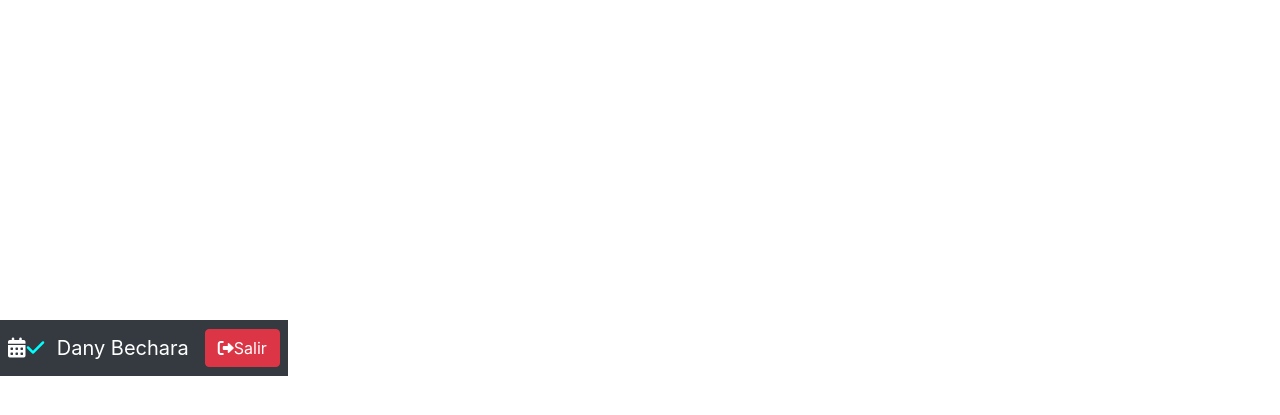
Repository: bechara611/calendar-frontend
Page: /
These files come from the project's save history. The page is drawn as it stood at one moment and after the next save; the edit follows.
The browser window is 1280 px wide. The pictures show the whole page.
The project was rebuilt for these pictures with package versions that can differ from the ones it lists, and the page was loaded fresh each time. Also part of the build but not shown: vite.config.js. Imported but missing from the stored project, and not drawn on this page: src/auth.

Above is the page before, as saved 2023-01-04 14:21:04.

### index.html
<!DOCTYPE html>
<html lang="en">
  <head>
    <meta charset="UTF-8" />
    <link rel="icon" type="image/svg+xml" href="/vite.svg" />
    <meta name="viewport" content="width=device-width, initial-scale=1.0" />
    <title>CalendarDB</title>
    <link rel="stylesheet" href="https://cdn.jsdelivr.net/npm/bootstrap@4.5.3/dist/css/bootstrap.min.css" integrity="sha384-TX8t27EcRE3e/ihU7zmQxVncDAy5uIKz4rEkgIXeMed4M0jlfIDPvg6uqKI2xXr2" crossorigin="anonymous">
    <link rel="stylesheet" href="https://cdnjs.cloudflare.com/ajax/libs/font-awesome/6.2.1/css/all.min.css" integrity="sha512-MV7K8+y+gLIBoVD59lQIYicR65iaqukzvf/nwasF0nqhPay5w/9lJmVM2hMDcnK1OnMGCdVK+iQrJ7lzPJQd1w==" crossorigin="anonymous" referrerpolicy="no-referrer" />
  </head>
  <body>
    <div id="root"></div>
    <script type="module" src="/src/main.jsx"></script>
  </body>
</html>

### src/main.jsx
import React from 'react'
import ReactDOM from 'react-dom/client'
import { BrowserRouter } from 'react-router-dom'
import { CalendarApp } from './CalendarApp'
import './styles.css'

ReactDOM.createRoot(document.getElementById('root')).render(
  <React.StrictMode>

    <BrowserRouter>
      <CalendarApp />
    </BrowserRouter>

    </React.StrictMode>,
)

### src/CalendarApp.jsx
import React from 'react'
import { AppRouter } from './router/AppRouter'

export const CalendarApp = () => {
  return (
   <AppRouter></AppRouter>
  )
}

### src/router/AppRouter.jsx
import React from 'react'
import { Navigate, Route, Routes } from 'react-router-dom'
import { LoginPages } from '../auth/'
import { CalendarPages } from '../calendar/'


export const AppRouter = () => {
 // const authStatus = 'not-authenticated'
  const authStatus = 'authenticated'
  return (
    <Routes>
      {
        (authStatus === 'not-authenticated'
          ? <Route path='/auth/*' element={<LoginPages></LoginPages>}></Route>
          : <Route path='/*' element={<CalendarPages></CalendarPages>}></Route>
        )
      }
      <Route path='/*' element={<Navigate to={'/auth/login'}></Navigate>}></Route>

    </Routes>
  )
}

### src/calendar/index.js
export * from './pages/CalendarPages'
export * from './components/NavBar'

### src/calendar/pages/CalendarPages.jsx
import React from 'react'
import { NavBar } from '../components/NavBar'

export const CalendarPages = () => {
  return (
 <NavBar></NavBar>
  )
}

### src/calendar/components/NavBar.jsx
import React from 'react'
import './NavBar.css'
export const NavBar = () => {
  return (
    <div className="navbar navbar-dark bg-dark mb-4 px-2">
    <span className='navbar-brand'>
    <i className='fas fa-calendar-alt'></i>
    <i className="fa-sharp fa-solid fa-check icono"></i>

    &nbsp;
    Dany Bechara
    </span>
    <button className='btn btn-danger '>
    <i className="fa-solid fa-right-from-bracket"></i>

    <span>Salir</span>
    </button>
    </div>
  )
}

### src/calendar/components/NavBar.css
.icono{
color: aqua;
}

Loaded but not shown: src/styles.css (common file)

After the next save:
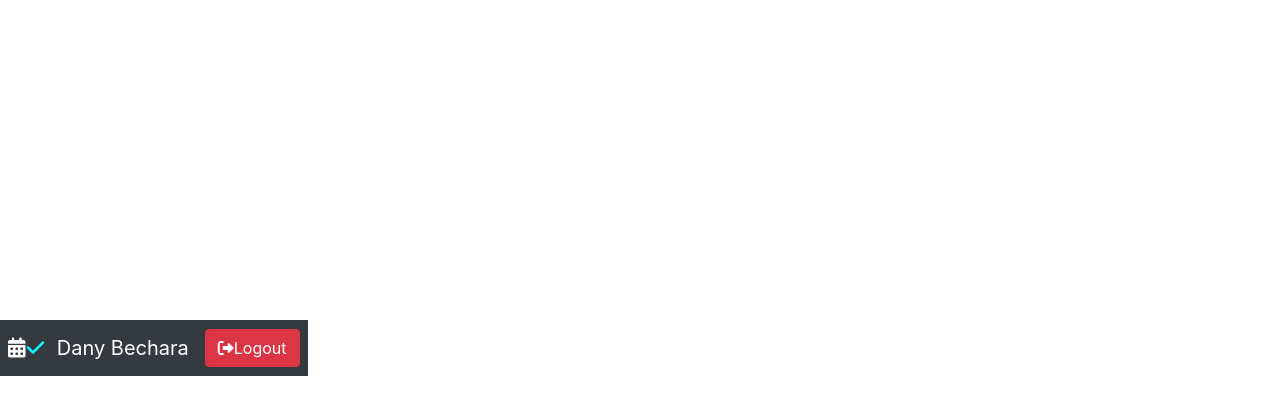
Saved 11 s later.
--- a/src/calendar/components/NavBar.jsx
+++ b/src/calendar/components/NavBar.jsx
@@ -13,7 +13,7 @@ export const NavBar = () => {
     <button className='btn btn-danger '>
     <i className="fa-solid fa-right-from-bracket"></i>
 
-    <span>Salir</span>
+    <span>Logout</span>
     </button>
     </div>
   )
